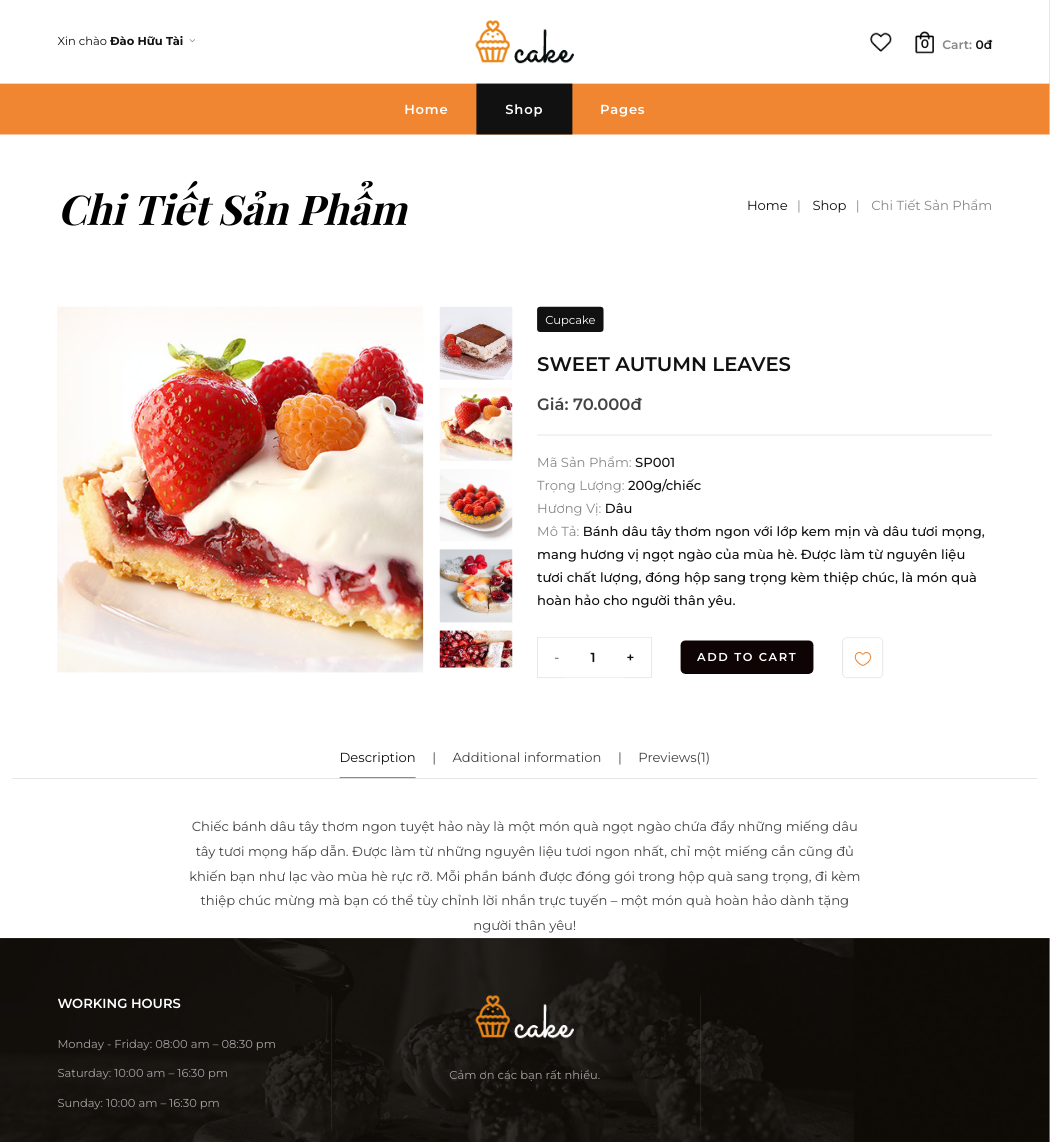
Repository: nhanto2n-byte/Nhom10ChieuThu3
Page: ProjectWeb/cake-main/shop-chitiet.html
The author's editor kept a copy of each file at every save. The page is drawn from the files as they stood at one save, then again after the next save.
The browser window is 1280 px wide. The pictures show the whole page, at 82% of full size.

Above is the page before, as saved 2025-11-10 22:43:07.

### ProjectWeb/cake-main/shop-chitiet.html
<!DOCTYPE html>
<html lang="zxx">

<head>
    <meta charset="UTF-8">
    <meta name="description" content="Cake Template">
    <meta name="keywords" content="Cake, unica, creative, html">
    <meta name="viewport" content="width=device-width, initial-scale=1.0">
    <meta http-equiv="X-UA-Compatible" content="ie=edge">
    <title>Shop Details</title>

    <!-- Google Font -->
    <link href="https://fonts.googleapis.com/css2?family=Playfair+Display:wght@400;500;600;700;800;900&display=swap"
    rel="stylesheet">
    <link href="https://fonts.googleapis.com/css2?family=Montserrat:wght@300;400;500;600;700;800;900&display=swap"
    rel="stylesheet">

    <!-- Css Styles -->
    <link rel="stylesheet" href="css/bootstrap.min.css" type="text/css">
    <link rel="stylesheet" href="css/flaticon.css" type="text/css">
    <link rel="stylesheet" href="css/barfiller.css" type="text/css">
    <link rel="stylesheet" href="css/magnific-popup.css" type="text/css">
    <link rel="stylesheet" href="css/font-awesome.min.css" type="text/css">
    <link rel="stylesheet" href="css/elegant-icons.css" type="text/css">
    <link rel="stylesheet" href="css/nice-select.css" type="text/css">
    <link rel="stylesheet" href="css/owl.carousel.min.css" type="text/css">
    <link rel="stylesheet" href="css/slicknav.min.css" type="text/css">
    <link rel="stylesheet" href="css/style.css" type="text/css">
        <style>
            .product__details__option {
  display: flex;
  align-items: center;
  gap: 15px;             /* khoảng cách giữa các nút và ô số lượng */
  margin-top: 30px;      /* khoảng cách với phần mô tả */
}

.pro-qty input {
  width: 50px;           /* chiều rộng ô nhập */
  height: 40px;          /* chiều cao ô nhập */
  text-align: center;    /* căn giữa số */
  border: 1px solid #ddd;
  border-radius: 5px;
  font-size: 16px;
}

.primary-btn {
  background-color: #0e0404;
  color: white;
  padding: 10px 20px;
  border-radius: 6px;
  text-decoration: none;
  font-weight: 600;
  transition: 0.3s;
}

.primary-btn:hover {
  background-color: #0f0606;
}

.heart__btn {
  font-size: 20px;
  color: #070101;
  border: 1px solid #070303;
  padding: 8px 12px;
  border-radius: 6px;
  transition: 0.3s;
}

.heart__btn:hover {
  background-color: #f31010;
  color: rgb(239, 17, 17);
}

        /* ==================================== */
        /* CẤU TRÚC MENU THẢ XUỐNG (DROPDOWN) */
        /* ==================================== */

        /* 1. Thiết lập vị trí tương đối cho mục cha */
        .header__top__left ul li.has-dropdown {
            position: relative;
        }

        /* KHẮC PHỤC LỖI TÔ ĐEN TRÊN LIÊN KẾT CHA */
        .header__top__left ul li.has-dropdown > a:focus,
        .header__top__left ul li.has-dropdown > a:active {
            /* Dùng !important để ghi đè CSS từ file style.css nếu cần */
            outline: none !important;
            -webkit-tap-highlight-color: transparent;
            background-color: transparent !important;
        }

        /* 2. Thiết lập trạng thái mặc định (ẨN) cho dropdown */
        .header__top__left ul li .dropdown {
            display: none;
            position: absolute;
            top: 100%;
            left: 0;
            z-index: 100;

            /* NỀN ĐẬM CHO CHỮ TRẮNG NỔI BẬT */
            background-color: #333; /* Nền xám/đen đậm */
            border: 1px solid #555;
            box-shadow: 0 4px 10px rgba(0, 0, 0, 0.2);
            min-width: 200px;
            padding: 5px 0;
            list-style: none; /* Loại bỏ dấu chấm */
        }

        /* 3. Hiển thị menu khi di chuột vào mục cha */
        .header__top__left ul li.has-dropdown:hover > .dropdown {
            display: block;
        }

        /* 4. Định kiểu cho các mục con trong menu */
        .header__top__left ul li .dropdown li a {
            display: block;
            padding: 10px 15px;
            text-decoration: none;

            /* MÀU CHỮ TRẮNG */
            color: white;

            font-size: 16px;
            white-space: nowrap;
        }

        /* Hiệu ứng di chuột (hover) cho các mục con */
        .header__top__left ul li .dropdown li a:hover {
            background-color: #555; /* Nền xám nhẹ khi hover */
            color: #ffcc00; /* Màu nổi bật khi hover */
        }
    </style>
</head>

<body>
    <!-- Page Preloder -->
    <div id="preloder">
        <div class="loader"></div>
    </div>

    <!-- Offcanvas Menu Begin -->
    <div class="offcanvas-menu-overlay"></div>
    <div class="offcanvas-menu-wrapper">
        <div class="offcanvas__cart">
            <div class="offcanvas__cart__links">
                <a href="#" class="search-switch"><img src="img/icon/search.png" alt=""></a>
                <a href="#"><img src="img/icon/heart.png" alt=""></a>
            </div>
            <div class="offcanvas__cart__item">
                <a href="#"><img src="img/icon/cart.png" alt=""> <span>0</span></a>
                <div class="cart__price">Cart: <span>0đ</span></div>
            </div>
        </div>
        <div class="offcanvas__logo">
            <a href="./index.html"><img src="img/logo.png" alt=""></a>
        </div>
        <div id="mobile-menu-wrap"></div>
        <div class="offcanvas__option">
            <ul>
                <li><a href="#">Sign in</a> <span class="arrow_carrot-down"></span></li>
            </ul>
        </div>
    </div>
    <!-- Offcanvas Menu End -->

    <!-- Header Section Begin -->
    <header class="header">
        <div class="header__top">
            <div class="container">
                <div class="row">
                    <div class="col-lg-12">
                        <div class="header__top__inner">
                            <div class="header__top__left">
                                <ul>
                                    <li class="has-dropdown">
                                    <a href="./profile.html">
                                            Xin chào <strong>Đào Hữu Tài</strong>
                                            <span class="arrow_carrot-down"></span>
                                    </a>
                                        <ul class="dropdown">
                                            <li><a href="./profile.html">My Profile</a></li>
                                            <li><a href="./register.html">Log out</a></li>
                                        </ul>
                                    </li>
                                </ul>
                            </div>
                            <div class="header__logo">
                                <a href="./index.html"><img src="img/logo.png" alt=""></a>
                            </div>
                            <div class="header__top__right">
                                <div class="header__top__right__links">
                                    <a href="./wisslist.html"><img src="img/icon/heart.png" alt=""></a>
                                </div>
                                <div class="header__top__right__cart">
                                    <a href="./shoping-cart.html"><img src="img/icon/cart.png" alt=""> <span>0</span></a>
                                    <div class="cart__price">Cart: <span>0đ</span></div>
                                </div>
                            </div>
                        </div>
                    </div>
                </div>
                <div class="canvas__open"><i class="fa fa-bars"></i></div>
            </div>
        </div>
        <div class="container">
            <div class="row">
                <div class="col-lg-12">
                    <nav class="header__menu mobile-menu">
                        <ul>
                            <li><a href="./index.html">Home</a></li>
                            <li class="active"><a href="./shop.html">Shop</a></li>
                            <li><a href="#">Pages</a>
                                <ul class="dropdown">

                                    <li><a href="./shoping-cart.html">Shoping Cart</a></li>
                                    <li><a href="./checkout.html">Check Out</a></li>
                                    <li><a href="./wisslist.html">Wishlist</a></li>
                                </ul>
                            </li>
                        </ul>
                    </nav>
                </div>
            </div>
        </div>
    </header>
    <!-- Header Section End -->

    <!-- Breadcrumb Begin -->
    <div class="breadcrumb-option">
        <div class="container">
            <div class="row">
                <div class="col-lg-6 col-md-6 col-sm-6">
                    <div class="breadcrumb__text">
                        <h2>Chi Tiết Sản Phẩm</h2>
                    </div>
                </div>
                <div class="col-lg-6 col-md-6 col-sm-6">
                    <div class="breadcrumb__links">
                        <a href="./index.html">Home</a>
                        <a href="./shop.html">Shop</a>
                        <span>Chi Tiết Sản Phẩm</span>
                    </div>
                </div>
            </div>
        </div>
    </div>
    <!-- Breadcrumb End -->

    <!-- Shop Details Section Begin -->
    <section class="product-details spad">
        <div class="container">
            <div class="row">
                <div class="col-lg-6">
                    <div class="product__details__img">
                        <div class="product__details__big__img">
                            <img class="big_img" src="img/shop/details/product-big-1.jpg" alt="">
                        </div>
                        <div class="product__details__thumb">
                            <div class="pt__item active">
                                <img data-imgbigurl="img/shop/details/product-big-2.jpg"
                                src="img/shop/details/product-big-2.jpg" alt="">
                            </div>
                            <div class="pt__item">
                                <img data-imgbigurl="img/shop/details/product-big-1.jpg"
                                src="img/shop/details/product-big-1.jpg" alt="">
                            </div>
                            <div class="pt__item">
                                <img data-imgbigurl="img/shop/details/product-big-4.jpg"
                                src="img/shop/details/product-big-4.jpg" alt="">
                            </div>
                            <div class="pt__item">
                                <img data-imgbigurl="img/shop/details/product-big-3.jpg"
                                src="img/shop/details/product-big-3.jpg" alt="">
                            </div>
                            <div class="pt__item">
                                <img data-imgbigurl="img/shop/details/product-big-5.jpg"
                                src="img/shop/details/product-big-5.jpg" alt="">
                            </div>
                        </div>
                    </div>
                </div>
                <div class="col-lg-6">
  <div class="product__details__text">
    <div class="product__label">Cupcake</div>
    <h4>SWEET AUTUMN LEAVES</h4>
    <h5>Giá: 70.000đ</h5>
    <ul>
      <li>Mã Sản Phẩm: <span>SP001</span></li>
      <li>Trọng Lượng: <span>200g/chiếc</span></li>
      <li>Hương Vị: <span>Dâu</span></li>
      <li>Mô Tả:
        <span>Bánh dâu tây thơm ngon với lớp kem mịn và dâu tươi mọng, mang hương vị ngọt ngào của mùa hè.
          Được làm từ nguyên liệu tươi chất lượng, đóng hộp sang trọng kèm thiệp chúc, là món quà hoàn hảo cho người thân yêu.
        </span>
      </li>
    </ul>

    <div class="product__details__option">
      <div class="quantity">
        <div class="pro-qty">
          <input type="text" value="1">
        </div>
      </div>
      <a href="./shoping-cart.html" class="primary-btn">Add to cart</a>
      <a href="./wisslist.html" class="heart__btn"><span class="icon_heart_alt"></span></a>
    </div>
  </div>
</div>
                    </div>
                </div>
            </div>
            <div class="product__details__tab">
                <div class="col-lg-12">
                    <ul class="nav nav-tabs" role="tablist">
                        <li class="nav-item">
                            <a class="nav-link active" data-toggle="tab" href="#tabs-1" role="tab">Description</a>
                        </li>
                        <li class="nav-item">
                            <a class="nav-link" data-toggle="tab" href="#tabs-2" role="tab">Additional information</a>
                        </li>
                        <li class="nav-item">
                            <a class="nav-link" data-toggle="tab" href="#tabs-3" role="tab">Previews(1)</a>
                        </li>
                    </ul>
                    <div class="tab-content">
                        <div class="tab-pane active" id="tabs-1" role="tabpanel">
                            <div class="row d-flex justify-content-center">
                                <div class="col-lg-8">
                                    <p>Chiếc bánh dâu tây thơm ngon tuyệt hảo này là một món quà ngọt ngào chứa đầy những miếng dâu tây tươi mọng hấp dẫn. Được làm từ những nguyên liệu tươi ngon nhất, chỉ một miếng cắn cũng đủ khiến bạn như lạc vào mùa hè rực rỡ.
Mỗi phần bánh được đóng gói trong hộp quà sang trọng, đi kèm thiệp chúc mừng mà bạn có thể tùy chỉnh lời nhắn trực tuyến – một món quà hoàn hảo dành tặng người thân yêu!
                                    </p>
                                </div>
                            </div>
                        </div>
                        <div class="tab-pane" id="tabs-2" role="tabpanel">
                            <div class="row d-flex justify-content-center">
                                <div class="col-lg-8">
                                    <p>Bánh Dâu Tây được làm thủ công từ những nguyên liệu tươi ngon nhất như dâu tây chín mọng, bột mì hảo hạng, bơ, đường, kem sữa và trứng gà. Bánh có đường kính khoảng 18 cm, phù hợp cho 6–8 phần ăn. Sản phẩm được bảo quản lạnh ở nhiệt độ từ 2–5°C và có hạn sử dụng trong 3 ngày kể từ ngày sản xuất. Mỗi chiếc bánh được đóng gói cẩn thận trong hộp quà sang trọng, đi kèm thiệp chúc mừng mà bạn có thể tùy chỉnh lời nhắn theo ý muốn. Đây là món quà lý tưởng cho các dịp như sinh nhật, lễ tình nhân, tiệc trà hay để gửi tặng người thân yêu.
                                    </p>
                                </div>
                            </div>
                        </div>
                        <div class="tab-pane" id="tabs-3" role="tabpanel">
                            <div class="row d-flex justify-content-center">
                                <div class="col-lg-8">
                                    <p>Bánh Dâu Tây tươi ngon, hòa quyện vị ngọt thanh và vị chua nhẹ tự nhiên của dâu tây mọng nước. Lớp vỏ giòn tan, phần nhân mềm mịn mang đến hương vị mùa hè trọn vẹn trong từng miếng bánh.
                                    </p>
                                </div>
                            </div>
                        </div>
                    </div>
                </div>
            </div>
        </div>
    </section>
    <!-- Shop Details Section End -->



    <!-- Footer Section Begin -->
    <footer class="footer set-bg" data-setbg="img/footer-bg.jpg">
        <div class="container">
            <div class="row">
                <div class="col-lg-4 col-md-6 col-sm-6">
                    <div class="footer__widget">
                        <h6>WORKING HOURS</h6>
                        <ul>
                            <li>Monday - Friday: 08:00 am – 08:30 pm</li>
                            <li>Saturday: 10:00 am – 16:30 pm</li>
                            <li>Sunday: 10:00 am – 16:30 pm</li>
                        </ul>
                    </div>
                </div>
                <div class="col-lg-4 col-md-6 col-sm-6">
                    <div class="footer__about">
                        <div class="footer__logo">
                            <a href="#"><img src="img/footer-logo.png" alt=""></a>
                        </div>
                        <p>Cảm ơn các bạn rất nhiều.</p>
                    </div>
                </div>
            </div>
        </div>
    </div>
</footer>
<!-- Footer Section End -->

<!-- Search Begin -->
<div class="search-model">
    <div class="h-100 d-flex align-items-center justify-content-center">
        <div class="search-close-switch">+</div>
        <form class="search-model-form">
            <input type="text" id="search-input" placeholder="Search here.....">
        </form>
    </div>
</div>
<!-- Search End -->

<!-- Js Plugins -->
<script src="js/jquery-3.3.1.min.js"></script>
<script src="js/bootstrap.min.js"></script>
<script src="js/jquery.nice-select.min.js"></script>
<script src="js/jquery.barfiller.js"></script>
<script src="js/jquery.magnific-popup.min.js"></script>
<script src="js/jquery.slicknav.js"></script>
<script src="js/owl.carousel.min.js"></script>
<script src="js/jquery.nicescroll.min.js"></script>
<script src="js/main.js"></script>
</body>
</html>

### ProjectWeb/cake-main/css/barfiller.css
.barfiller {
    width:100%;
    height:12px;
    background:#fcfcfc;
    border:1px solid #ccc;
    position:relative;
    margin-bottom:20px;
    box-shadow: inset 1px 4px 9px -6px rgba(0,0,0,.5);
    -moz-box-shadow: inset 1px 4px 9px -6px rgba(0,0,0,.5);
}

.barfiller .fill {
    display:block;
    position:relative;
    width:0px;
    height:100%;
    background:#333;
    z-index:1;
}

.barfiller .tipWrap {
    display:none;
}

.barfiller .tip {
    margin-top:-30px;
    padding:2px 4px;
    font-size:11px;
    color:#fff;
    left:0px;
    position:absolute;
    z-index:2;
    background: #333;
}

.barfiller .tip:after {
    border:solid;
    border-color:rgba(0,0,0,.8) transparent;
    border-width:6px 6px 0 6px;
    content:"";
    display:block;
    position:absolute;
    left:9px;
    top:100%;
    z-index:9
}

Loaded but not shown: ProjectWeb/cake-main/css/bootstrap.min.css (library); ProjectWeb/cake-main/css/flaticon.css (common file); ProjectWeb/cake-main/css/magnific-popup.css (library); ProjectWeb/cake-main/css/font-awesome.min.css (library); ProjectWeb/cake-main/css/nice-select.css (common file); ProjectWeb/cake-main/css/owl.carousel.min.css (library); ProjectWeb/cake-main/css/slicknav.min.css (common file); ProjectWeb/cake-main/js/jquery-3.3.1.min.js (library); ProjectWeb/cake-main/js/bootstrap.min.js (library); ProjectWeb/cake-main/js/jquery.nice-select.min.js (common file); ProjectWeb/cake-main/js/jquery.barfiller.js (library); ProjectWeb/cake-main/js/jquery.magnific-popup.min.js (library); ProjectWeb/cake-main/js/jquery.slicknav.js (library); ProjectWeb/cake-main/js/owl.carousel.min.js (library); ProjectWeb/cake-main/js/jquery.nicescroll.min.js (library); ProjectWeb/cake-main/js/main.js (235 lines, source omitted); ProjectWeb/cake-main/css/style.css (4080 lines, source omitted); ProjectWeb/cake-main/css/elegant-icons.css (1157 lines, source omitted)

After the next save:
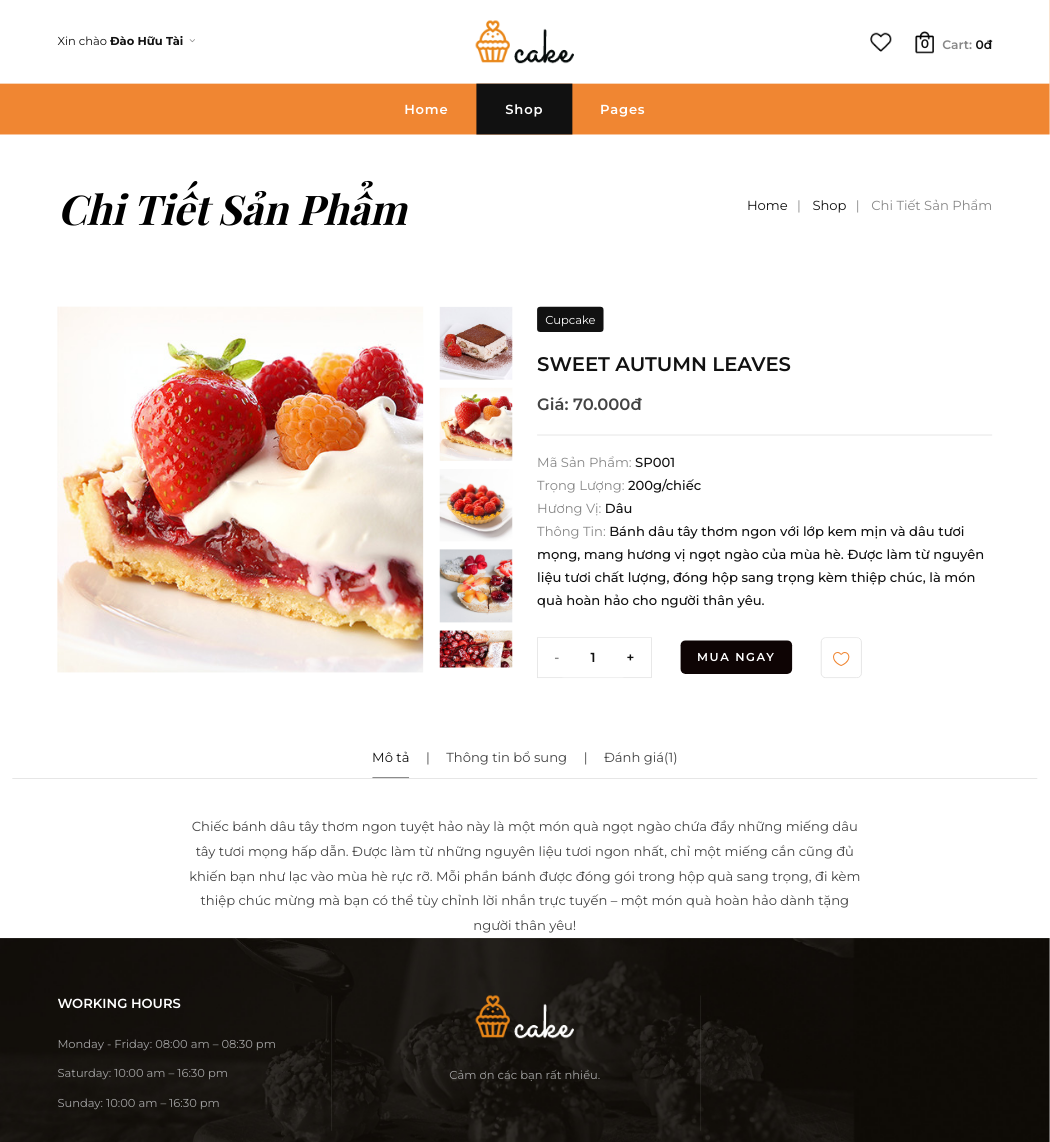
Saved 6 min 46 s later.
--- a/ProjectWeb/cake-main/shop-chitiet.html
+++ b/ProjectWeb/cake-main/shop-chitiet.html
@@ -129,6 +129,38 @@
             background-color: #555; /* Nền xám nhẹ khi hover */
             color: #ffcc00; /* Màu nổi bật khi hover */
         }
+           /* === GHI ĐÈ CĂN GIỮA DROPDOWN === */
+.header__menu ul li .dropdown {
+    left: 50% !important;                  /* căn giữa theo chiều ngang */
+    transform: translateX(-50%) !important;/* dịch ngược lại cho giữa thật */
+    min-width: 170px !important;           /* thu hẹp lại */
+    width: fit-content !important;         /* tự co theo nội dung */
+}
+
+/* Đảm bảo chữ bên trong vẫn đẹp, không bị méo */
+.header__menu ul li .dropdown li a {
+    text-align: left !important;           /* căn chữ trái */
+    padding: 10px 35px !important;         /* tạo khoảng cách hợp lý */
+    white-space: nowrap !important;        /* tránh bị xuống dòng lung tung */
+}
+/* === GIỮ HIỆU ỨNG HOVER CŨ + BO GÓC === */
+.header__menu ul li .dropdown {
+    border-radius: 12px !important;   /* Bo góc mềm mại */
+    overflow: hidden !important;      /* Giữ cho nền bên trong bo theo */
+    border: 1px solid #444 !important;/* Viền nhẹ tách menu khỏi nền */
+    transition: all 0.3s ease;        /* Hiệu ứng mở mượt */
+}
+
+/* Hiệu ứng hover cũ quay lại */
+.header__menu ul li .dropdown li a {
+    transition: background-color 0.3s ease, color 0.3s ease; /* mượt mà khi hover */
+}
+
+.header__menu ul li .dropdown li a:hover {
+    background-color: #555 !important; /* nền xám đậm khi hover */
+    color: #ffcc00 !important;         /* chữ vàng nổi bật */
+    border-radius: 8px !important;     /* vẫn giữ bo nhẹ cho từng dòng */
+}
     </style>
 </head>
 
@@ -148,7 +180,7 @@
             </div>
             <div class="offcanvas__cart__item">
                 <a href="#"><img src="img/icon/cart.png" alt=""> <span>0</span></a>
-                <div class="cart__price">Cart: <span>0đ</span></div>
+                <div class="cart__price">Giỏ hàng: <span>0đ</span></div>
             </div>
         </div>
         <div class="offcanvas__logo">
@@ -212,9 +244,9 @@
                             <li><a href="#">Pages</a>
                                 <ul class="dropdown">
 
-                                    <li><a href="./shoping-cart.html">Shoping Cart</a></li>
-                                    <li><a href="./checkout.html">Check Out</a></li>
-                                    <li><a href="./wisslist.html">Wishlist</a></li>
+                                   <li><a href="./shoping-cart.html">Giỏ hàng</a></li>
+                  <li><a href="./checkout.html">Thanh toán</a></li>
+                  <li><a href="./wisslist.html">Yêu thích</a></li>
                                 </ul>
                             </li>
                         </ul>
@@ -288,7 +320,7 @@
       <li>Mã Sản Phẩm: <span>SP001</span></li>
       <li>Trọng Lượng: <span>200g/chiếc</span></li>
       <li>Hương Vị: <span>Dâu</span></li>
-      <li>Mô Tả:
+      <li>Thông Tin:
         <span>Bánh dâu tây thơm ngon với lớp kem mịn và dâu tươi mọng, mang hương vị ngọt ngào của mùa hè.
           Được làm từ nguyên liệu tươi chất lượng, đóng hộp sang trọng kèm thiệp chúc, là món quà hoàn hảo cho người thân yêu.
         </span>
@@ -301,7 +333,7 @@
           <input type="text" value="1">
         </div>
       </div>
-      <a href="./shoping-cart.html" class="primary-btn">Add to cart</a>
+      <a href="./shoping-cart.html" class="primary-btn">Mua ngay</a>
       <a href="./wisslist.html" class="heart__btn"><span class="icon_heart_alt"></span></a>
     </div>
   </div>
@@ -313,13 +345,13 @@
                 <div class="col-lg-12">
                     <ul class="nav nav-tabs" role="tablist">
                         <li class="nav-item">
-                            <a class="nav-link active" data-toggle="tab" href="#tabs-1" role="tab">Description</a>
+                            <a class="nav-link active" data-toggle="tab" href="#tabs-1" role="tab">Mô tả</a>
                         </li>
                         <li class="nav-item">
-                            <a class="nav-link" data-toggle="tab" href="#tabs-2" role="tab">Additional information</a>
+                            <a class="nav-link" data-toggle="tab" href="#tabs-2" role="tab">Thông tin bổ sung</a>
                         </li>
                         <li class="nav-item">
-                            <a class="nav-link" data-toggle="tab" href="#tabs-3" role="tab">Previews(1)</a>
+                            <a class="nav-link" data-toggle="tab" href="#tabs-3" role="tab">Đánh giá(1)</a>
                         </li>
                     </ul>
                     <div class="tab-content">
